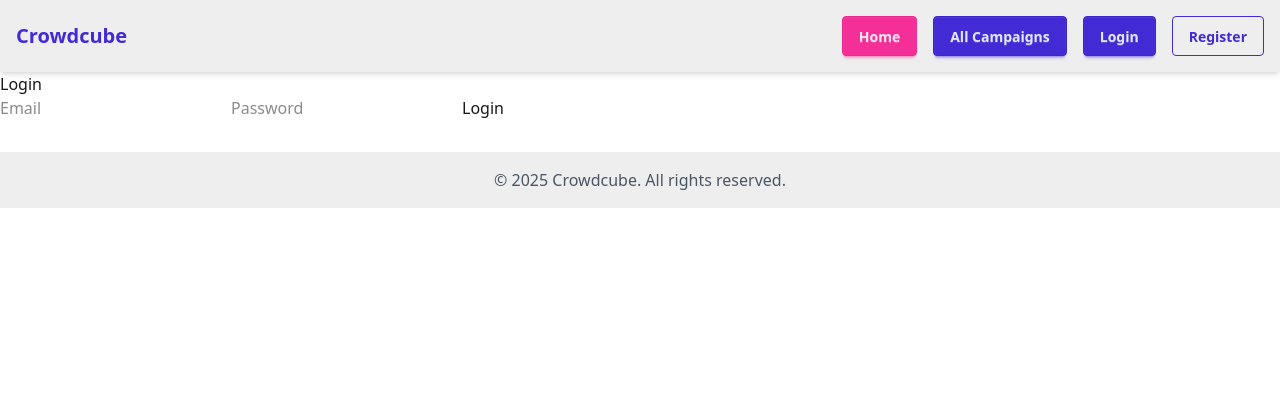
Repository: Aminul-Islam85/crowd-client
Page: /login
The author's editor kept a copy of each file at every save. The page is drawn from the files as they stood at one save, then again after the next save.
The browser window is 1280 px wide. The pictures show the whole page.
The project was rebuilt for these pictures with package versions that can differ from the ones it lists, and the page was loaded fresh each time. Also part of the build but not shown: vite.config.js, src/pages/Home.jsx, src/pages/auth/Register.jsx, src/pages/AddCampaign.jsx, src/pages/Campaigns.jsx, src/pages/CampaignDetails.jsx, src/pages/MyDonations.jsx, src/pages/MyCampaigns.jsx. Imported but missing from the stored project, and not drawn on this page: src/pages/NotFound.

Above is the page before, as saved 2025-03-18 18:19:13.

After the next save:
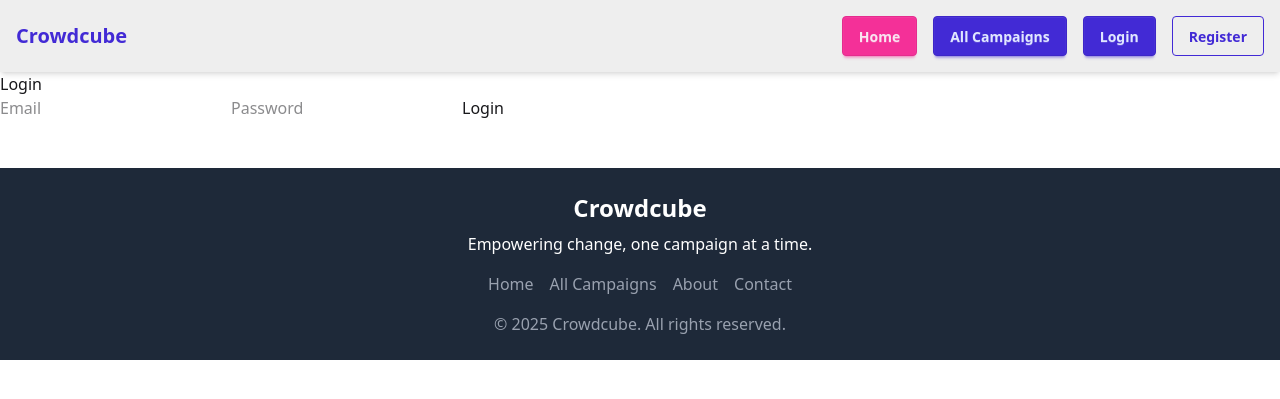
Saved 3 min 18 s later.
--- a/src/components/Footer.jsx
+++ b/src/components/Footer.jsx
@@ -1,9 +1,21 @@
+import { Link } from "react-router-dom";
+
 const Footer = () => {
-    return (
-      <footer className="bg-base-300 text-center p-4 mt-8">
-        <p className="text-gray-600">&copy; {new Date().getFullYear()} Crowdcube. All rights reserved.</p>
-      </footer>
-    );
-  };
+  return (
+    <footer className="mt-12 p-6 bg-gray-800 text-white text-center">
+      <h2 className="text-2xl font-bold">Crowdcube</h2>
+      <p className="mt-2">Empowering change, one campaign at a time.</p>
 
-  export default Footer;
+      <div className="flex justify-center space-x-4 mt-4">
+        <Link to="/" className="text-gray-400 hover:text-white">Home</Link>
+        <Link to="/campaigns" className="text-gray-400 hover:text-white">All Campaigns</Link>
+        <Link to="/about" className="text-gray-400 hover:text-white">About</Link>
+        <Link to="/contact" className="text-gray-400 hover:text-white">Contact</Link>
+      </div>
+
+      <p className="mt-4 text-gray-400">&copy; {new Date().getFullYear()} Crowdcube. All rights reserved.</p>
+    </footer>
+  );
+};
+
+export default Footer;
